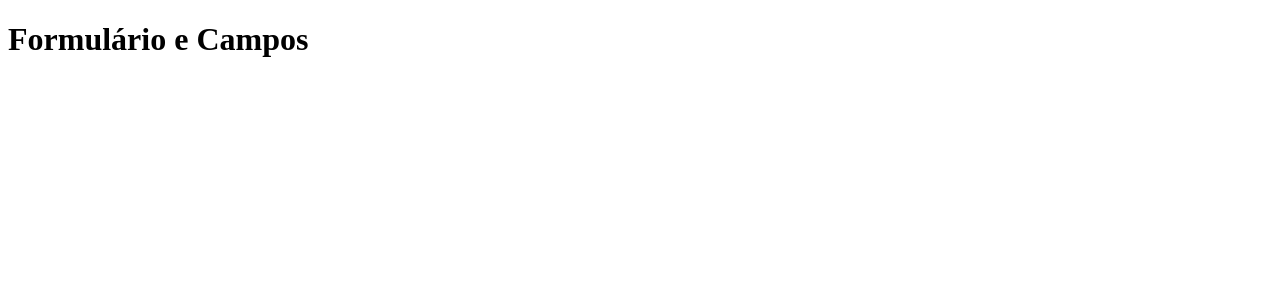
Repository: ErikMesquita/Danki-Code
Page: formulários_e_campos/index.html
An editor plug-in stored every save of this project. The page is shown before and after a run of saves, followed by the edit.
The browser window is 1280 px wide. The pictures show the whole page.

Above is the page before, as saved 2023-10-28 15:52:50.

After the next 2 saves:
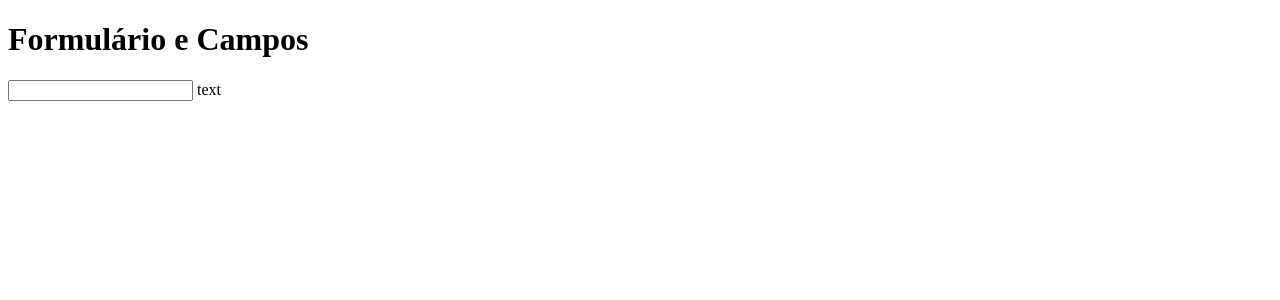
The 2 saves are shown as one change because they came seconds apart.
The last was saved 6 s later.
--- a/formulários_e_campos/index.html
+++ b/formulários_e_campos/index.html
@@ -13,7 +13,8 @@
     </h1>
 
     <form action=""></form>
-
+    <input type="text">
+    text
 </body>
 
 </html>
